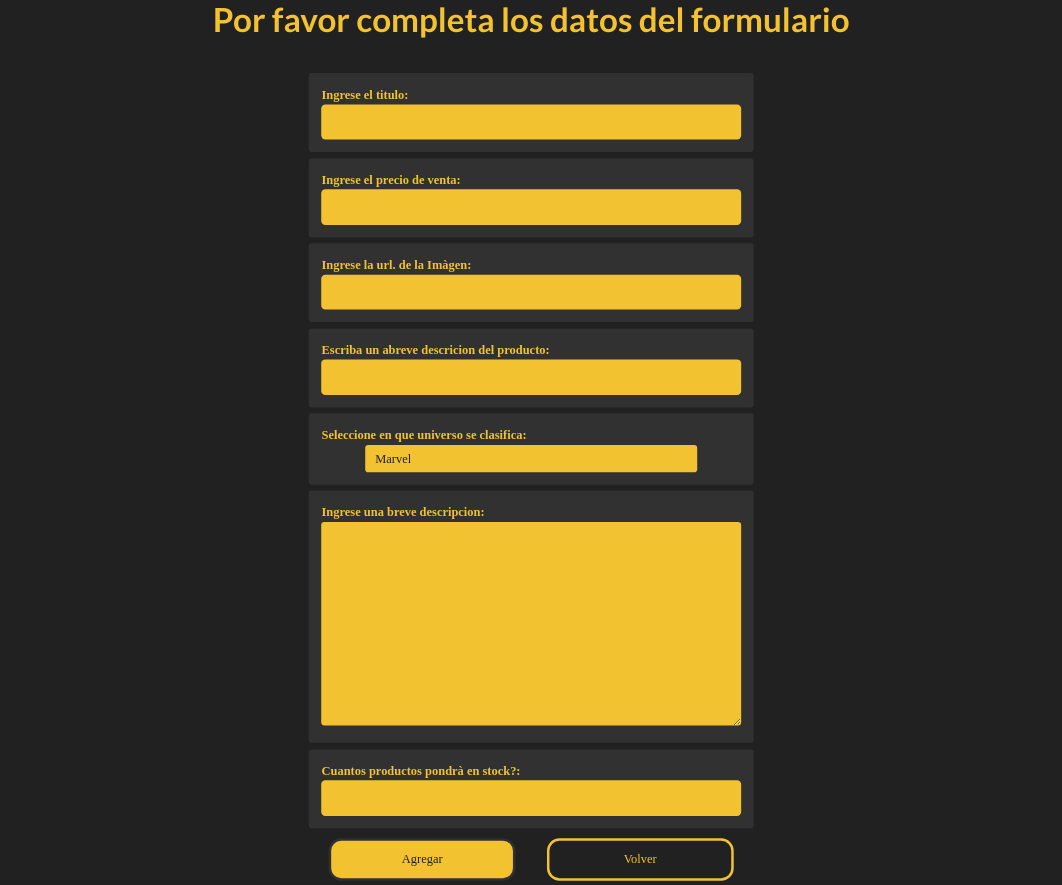
Repository: AlejandroJesusSerrano/desafioServerRouter
Page: public/index.html
An editor plug-in stored every save of this project. The page is shown before and after the next save, followed by the edit.
The browser window is 1280 px wide. The pictures show the whole page, at 83% of full size.
The page's requests for data from a server got no answer. Some web fonts or font styles are not loaded; a fallback is used. Some web libraries are served in a nearby version.

Above is the page before, as saved 2022-08-10 20:04:08.

### public/index.html
<!DOCTYPE html>
<html lang="en">
<head>
    <meta charset="UTF-8">
    <meta http-equiv="X-UA-Compatible" content="IE=edge">
    <meta name="viewport" content="width=device-width, initial-scale=1.0">
    <link rel="stylesheet" href="https://cdnjs.cloudflare.com/ajax/libs/semantic-ui/2.4.1/semantic.min.css">
    <link rel="stylesheet" href="https://cdn.jsdelivr.net/npm/bootstrap@5.2.0/dist/css/bootstrap.min.css">
    <link rel="stylesheet" href="https://cdn.jsdelivr.net/npm/bootstrap-icons@1.9.1/font/bootstrap-icons.css">
    <link rel="stylesheet" href="./main.css">
    <title>Asgard Coleccionables</title>
</head>
<body>
    <div class="container">
        <h1 class="formTitle" > Por favor completa los datos del formulario </h1>
        <form action="/" method="POST">
            <div class="title">
                <label for="title">Ingrese el titulo:</label>
                <input name="title" id="title"  type="text">
            </div>
            <div class="price">
                <label for="price">Ingrese el precio de venta:</label>
                <input name="price" id="price"  type="number">
            </div>
            <div class="title">
                <label for="url">Ingrese la url. de la Imàgen:</label>
                <input name="url" id="url"  type="url">
            </div>
            <div class="desc">
                <label for="description">Escriba un abreve descricion del producto:</label>
                <input name="description" id="description"  type="text">
            </div>
            <div class="universe">
                <label for="universe">Seleccione en que universo se clasifica:</label>
                <select name="universe" id="universe" class="selectCss">
                    <option value="Marvel">Marvel</option>
                    <option value="DC">DC</option>
                    <option value="Funko">Funkos</option>
                    <option value="StarWars">Star Wars</option>
                    <option value="MangaAnime">Manga & Anime</option>
                    <option value="HarryPotter">Harry Potter</option>
                    <option value="SportsArtists">Sports & Artists</option>
                </select>
            </div>
            <div class="details">
                <label for="details">Ingrese una breve descripcion:</label>
                <textarea name="details" id="details" cols="30" rows="10"></textarea>
            </div>
            <div class="stok">
                <label for="stock">Cuantos productos pondrà en stock?:</label>
                <input name="stock" id="stock"  type="number">
            </div>
            <div class="btnContainer">
                    <button id="addProduct" type="submit" class="addProduct">
                        <span>Agregar</span>
                    </button>
                    <button class="goToList" type="button" onclick="window.location.href='/productsList'">
                        <span>Volver</span>
                    </button>
            </div>
        </form>
    </div>
    <div id="product">

    </div>
    <!-- <section>
        <div class="ui container">
            <div class="ui grid">
                <div class="eight wide column">
                    <div class="ui container">
                        <h2>Messages</h2>
                        <div id="posts">

                        </div>
                    </div>
                </div>
                <div class="eight wide column">
                    <div class="card">
                        <div class="ui container">
                            <h2>Send Message</h2>
                            <div class="ui form">
                                <div class="field">
                                    <label for="usr">User: </label>
                                    <input type="text" name="usr" id="usr">
                                </div>
                                <div class="field">
                                    <label for="msg">Message: </label>
                                    <textarea name="msg" id="msg"></textarea>
                                </div>
                                <div class="field">
                                    <button class="ui primary button" onclick="sendMsg()">
                                        <i class="send icon"></i>
                                        Send
                                    </button>
                                </div>
                            </div>
                        </div>
                    </div>
                </div>
            </div>
        </div>
    </section> -->

    <script src="https://cdn.socket.io/4.5.0/socket.io.min.js" integrity="sha384-7EyYLQZgWBi67fBtVxw60/OWl1kjsfrPFcaU0pp0nAh+i8FD068QogUvg85Ewy1k" crossorigin="anonymous">
    </script>

    <script src="https://cdnjs.cloudflare.com/ajax/libs/handlebars.js/4.7.7/handlebars.min.js" integrity="sha512-RNLkV3d+aLtfcpEyFG8jRbnWHxUqVZozacROI4J2F1sTaDqo1dPQYs01OMi1t1w9Y2FdbSCDSQ2ZVdAC8bzgAg==" crossorigin="anonymous" referrerpolicy="no-referrer">
    </script>

    <script src="./js/main.js"></script>
    <script src="https://cdn.jsdelivr.net/npm/bootstrap@5.2.0/dist/js/bootstrap.bundle.min.js"></script>
</body>
</html>

### public/main.css
@import url('https://fonts.googleapis.com/css2?family=Comfortaa:wght@400;600;700&display=swap');

* {
    font-weight: 500;
    padding: 0;
    margin: 0;
    box-sizing: border-box;
    font-family: 'Comfortaa', cursive;
}

html {
    font-size: 62.5%;
}

body{
    background-color: #212121;
    color: #dedede;
}

label{
    font-size: 1em;
    font-weight: 600;
    color: #f2c230;
    border-radius: .25em;
}
.btnModel{
    border-radius: .25em;
    width:100%;
    background-color: #f2c230;
    padding: .5em;
    display: flex;
    justify-content: center;
    align-items: center;
}

.lblImg{
    color:#212121;
    border-radius: .25em;
}

input{
    border:none;
    width:100%;
    background-color: #f2c230;
    border-radius: 5px;
    padding: 10px;
    font-size: 1em;
    font-weight: 600;
    color: #212121;
}

.container{
    display: flex;
    width: 100%;
    flex-flow: column wrap;
    align-items: center;
    justify-content: space-between;
}

.formTitle{
    color: #f2c230;
    font-weight: 700;
    font-size: 4em;
    margin: 1em 0 1em 0;
    text-align: center;
}

.title{
    padding: 1em;
    margin-bottom: .5em;
    background-color: #313131;
    border-radius: .25em;
    font-size: 1.5em;
}

.price{
    padding: 1em;
    margin-bottom: .5em;
    background-color: #313131;
    border-radius: .25em;
    font-size: 1.5em;
}

.image{
    display: flex;
    align-items: center;
    justify-content: center;
    padding: 1em;
    margin-bottom: .5em;
    background-color: #313131;
    color:#212121;
    border-radius: .25em;
    font-size: 1.5em;
}

.desc{
    padding: 1em;
    margin-bottom: .5em;
    background-color: #313131;
    border-radius: .25em;
    font-size: 1.5em;
}

.universe{
    padding: 1em;
    margin-bottom: .5em;
    background-color: #313131;
    border-radius: .25em;
    font-size: 1.5em;
}

.selectCss {
    display: block;
    font-size: 1em;
    color: #212121;
    padding: .4em 1.4em .3em .8em;
    width: 400px;
    max-width: 100%;
    box-sizing: border-box;
    margin: auto;
    border: none;
    border-radius: .25em;
    -moz-appearance: none;
    -webkit-appearance: none;
    appearance: none;
    background-color: #f2c230;
}

.details{
    padding: 1em;
    margin-bottom: .5em;
    background-color: #313131;
    border-radius: .25em;
    font-size: 1.5em;
}

textarea{
    border:none;
    width:100%;
    background-color: #f2c230;
    border-radius: .25em;
    padding: 10px;
    font-size: 1em;
    font-weight: 600;
    color: #212121;
}

.stok{
    padding: 1em;
    margin-bottom: .5em;
    background-color: #313131;
    border-radius: .25em;
    font-size: 1.5em;
}

.btnContainer{
    display: flex;
    align-items: center;
    justify-content: space-around;
    flex-flow: row nowrap;
    width: 100%;
    padding: .5em;
}

.addProduct{
    border: .2em solid #313131;
    background-color: #f2c230;
    align-items: center;
    padding: .75em;
    border-radius: 1em;
    color:#212121;
    font-size: 1.5em;
    width: 15em;

}

.goToList{
    border: .2em solid #f2c230;
    background-color: #212121;
    align-items: center;
    padding: .75em;
    border-radius: 1em;
    color: #f2c230;
    font-size: 1.5em;
    width:15em;
}

.goToForm{
    border: none;
    background-color: #f2c230;
    align-items: center;
    padding: .75em;
    border-radius: 1em;
    color:#212121;
    font-size: 1.5em;
    width:20em;
}

.prodContainer{
    display: flex;
    flex-flow: row nowrap;
    align-items: center;
    justify-content: space-between;
    width: 100%;
    padding: .5em;
    background-color: #313131;
}

.tableContainer{
    display: flex;
    width: 90%;
    padding: 0;
    background-color: #212121;
}

.table{
    display: flex;
    box-sizing: content-box;
    width: 100%;
    padding: .5em;
    background-color: #313131;
}

table{
    border: none;
    text-align: center;
    align-items: center;
    display: flex;
}

tr{
    display: flex;
    align-items: center;
    border-bottom: #f2c230 solid 1.5px;

}

th, td{
    border: none;
    padding: .5em;
    background-color: #212121;
    color: #f2c230;
    width: 16.66%;
}
.colTitles{
    display: flex;
    font-size: 1.5em;
    align-items: center;
    justify-content: space-between;
    width: 100%;
    padding: .5em;
    background-color: #313131;
    color: #f2c230;
    text-decoration: none;
    border-bottom: #f2c230 solid .2em;
}

tbody{
    display: flex;
    flex-flow: column nowrap;
    align-items: center;
    justify-content: space-between;
    width: 100%;
    padding: .5em;
    background-color: #313131;
    color: #f2c230;
}

.tItems{
    width: 100%;
    padding: .5em;
    font-size: 1.25em;
    background-color: #313131;
    color: #f2c230;
    text-align: center;
}

.cellImg{
    padding: .5em;
    width: 17.5em;
    background-color: #313131;
    color: #f2c230;
}

### public/js/main.js
const socket = io();

socket.on("connect", ()=> {
    console.log('connected to server');
});

//Products
socket.on("PRODUCTS_AGREGATE", (product) => {
    console.log(product);
    const url = "http://localhost:3000/dynamicTable.hbs";
    fetch(url).then((response) => {
        console.log(response);
        return response.text();
    }).then((text) => {
        const template = Handlebars.compile(text);
        const html = template({product:product});
        document.getElementById("product").innerHTML = html;
    })
});

//Chat
socket.on("UPDATE_MESSAGES", (msg, allMsgs) => {
    allMsgs.sort((a,b) => a.dateCompare - b.dateCompare);
    allMsgs.forEach(msg => appendMsg(msg));
    });

 socket.on("NEW_MESSAGE", (msg) => {
     appendMsg(msg);
 });

 function appendMsg(msg) {
     document.getElementById("posts").innerHTML += `
         <div class="post ui card">
             <div class="content">
                 <b>${msg.usr} (${msg.id}):</b>
                 ${msg.msg}
                 <hr/>
                 <button class="ui red button" onClick="likeMsg(${msg.id})>
                     <i class="heart icon"></i> (${msg.likes})
                 </button>
             </div>
         </div>`

 }

 function sendMsg() {
     const usr = document.getElementById("usr").value;
     const msg = document.getElementById("msg").value;

     socket.emit("POST_MSG", {usr, msg});
 }

 function likeMsg(msgId) {
     socket.emit("LIKE_MSG", msgId);
 }

After the next save:
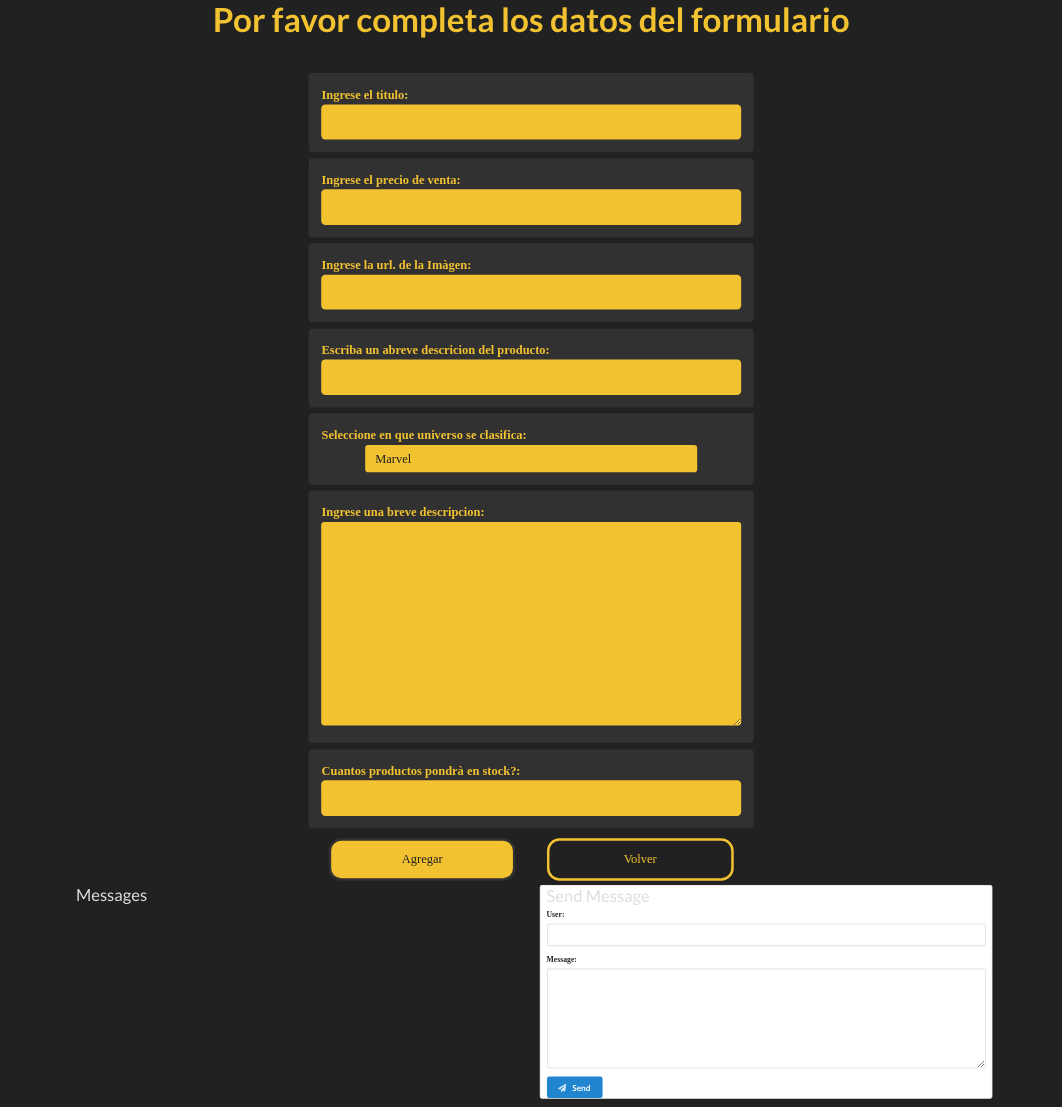
Saved 9 min 43 s later.
--- a/public/index.html
+++ b/public/index.html
@@ -63,7 +63,7 @@
     <div id="product">
 
     </div>
-    <!-- <section>
+    <section>
         <div class="ui container">
             <div class="ui grid">
                 <div class="eight wide column">
@@ -99,7 +99,7 @@
                 </div>
             </div>
         </div>
-    </section> -->
+    </section>
 
     <script src="https://cdn.socket.io/4.5.0/socket.io.min.js" integrity="sha384-7EyYLQZgWBi67fBtVxw60/OWl1kjsfrPFcaU0pp0nAh+i8FD068QogUvg85Ewy1k" crossorigin="anonymous">
     </script>
